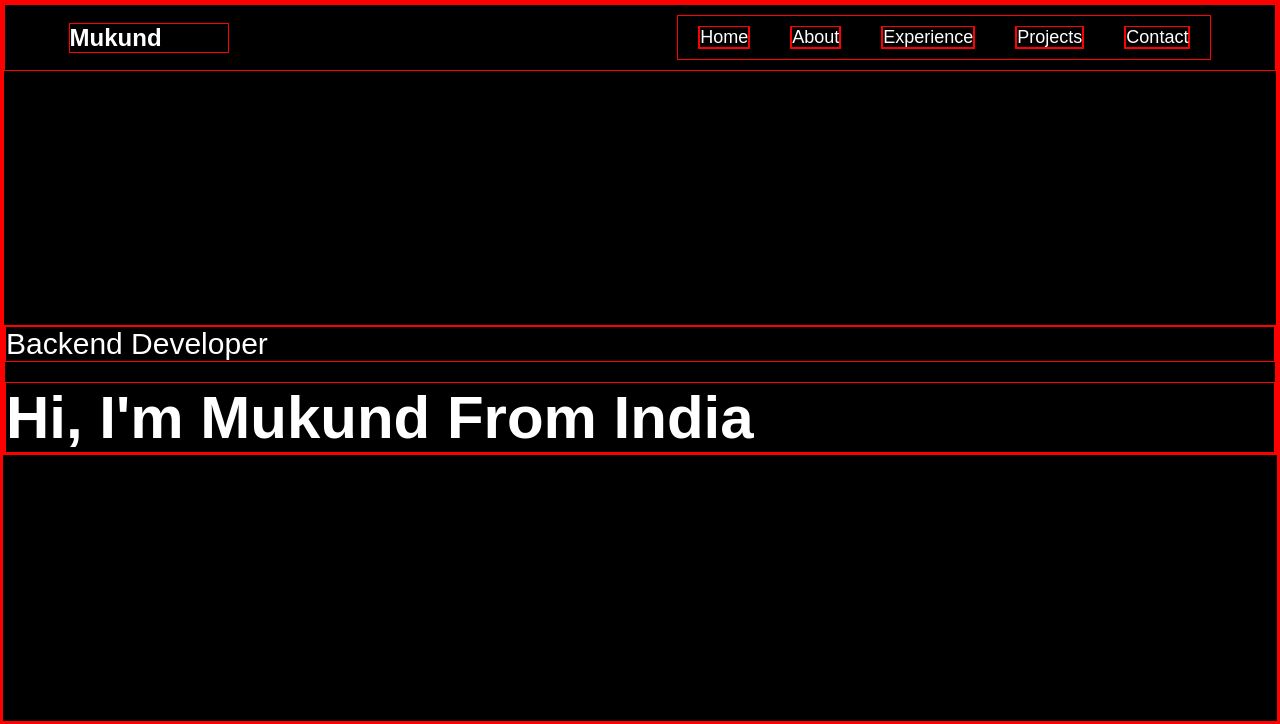
Repository: mukundgangurde/expense-tracker
Page: index.html
The author's editor kept a copy of each file at every save. The page is drawn from the files as they stood at one save, then again after the next save.
The browser window is 1280 px wide. The pictures show the whole page.

Above is the page before, as saved 2025-11-02 17:59:36.

### index.html
<!DOCTYPE html>
<html lang="en">

<head>
  <meta charset="UTF-8">
  <meta name="viewport" content="width=device-width, initial-scale=1.0">
  <title>Portfolio - Mukund Gangurde</title>
  <link rel="stylesheet" href="style.css">
</head>

<body>
  <div id="header">
    <div id="container">
      <!-- Navigation Bar -->
      <nav>
        <h1 id="logo">Mukund</h1>
        <ul>
          <li><a href="#">Home</a></li>
          <li><a href="#">About</a></li>
          <li><a href="#">Experience</a></li>
          <li><a href="#">Projects</a></li>
          <li><a href="#">Contact</a></li>
        </ul>
      </nav>
      <!-- /Navigation Bar -->

      <div class="header-text">
        <p>Backend Developer</p>
        <h1>Hi, I'm Mukund From India</h1>
      </div>
    </div>
  </div>

</body>

</html>

### style.css
* {
  margin: 0;
  padding: 0;
  /* font-family: Brush Script MT; */
  font-family: Arial, Helvetica, sans-serif;
  box-sizing: border-box;
  border: 1px solid red;
}

body {
  background-color: black;
  color: white;
}

#header {
  width : 100%;
  height: 100vh;
  /* background-image: url(images/background.img); */
  /* background-size: cover; */
  /* background-position: center; */
}

#logo {
  width: 160px;
}

nav {
  display: flex;
  justify-content: space-between;
  align-items: center;
  flex-wrap: wrap;
  padding: 10px 5%;
}

ul {
  display: flex;
  justify-content: space-between;
  font-size: 18px;
}

nav ul li {
  display: inline-block;
  list-style-type: none;
  margin: 10px 20px;
}

nav ul li a {
  color: white;
  text-decoration: none;
}

.header-text {
  margin-top: 20%;
  font-size: 30px;
}

.header-text h1 {
  margin-top: 20px;
  font-size: 60px;

}

After the next save:
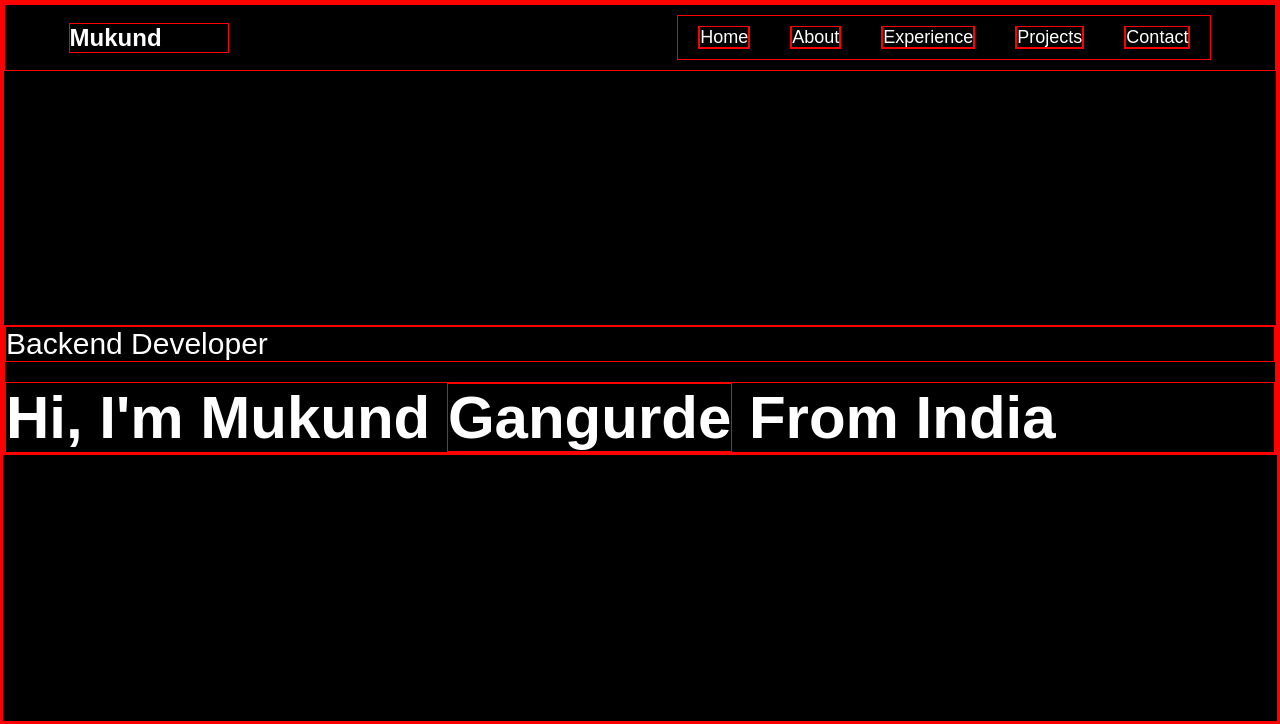
Saved 18 s later.
--- a/index.html
+++ b/index.html
@@ -26,7 +26,7 @@
 
       <div class="header-text">
         <p>Backend Developer</p>
-        <h1>Hi, I'm Mukund From India</h1>
+        <h1>Hi, I'm Mukund <span>Gangurde</span> From India</h1>
       </div>
     </div>
   </div>
